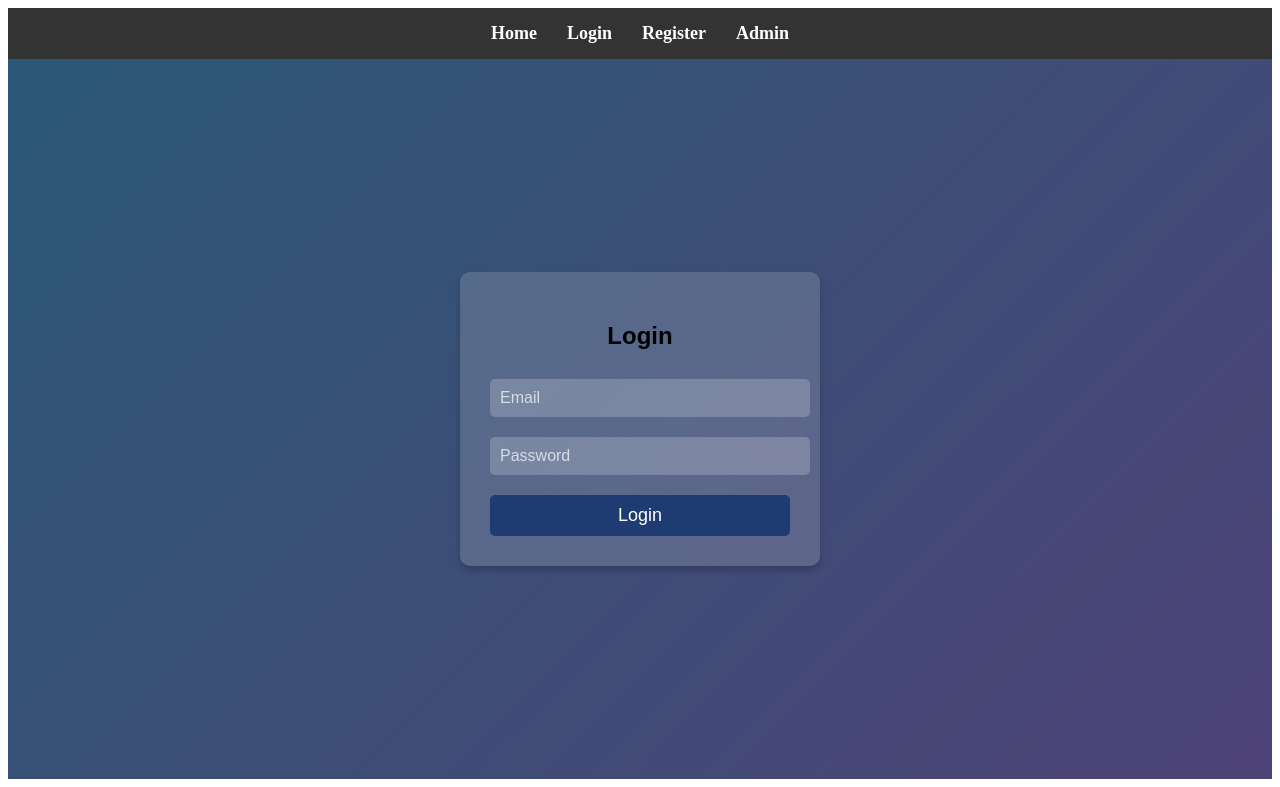
Repository: AhmedIbu/angular-login-app
Page: /login (app in angular-login-app/)
An editor plug-in stored every save of this project. The page is shown before and after the next save, followed by the edit.
The browser window is 1280 px wide. The pictures show the whole page.
The project was rebuilt for these pictures with package versions that can differ from the ones it lists, and the page was loaded fresh each time. Also part of the build but not shown: angular-login-app/angular.json, angular-login-app/src/app/home/home.component.ts, angular-login-app/src/app/register/register.component.ts, angular-login-app/src/app/services/user.service.ts, angular-login-app/src/app/admin-dashboard/admin-dashboard.component.ts, angular-login-app/src/app/admin-login/admin-login.component.ts, angular-login-app/src/app/user-dashboard/user-dashboard.component.ts.

Above is the page before, as saved 2025-02-21 11:30:26.

After the next save:
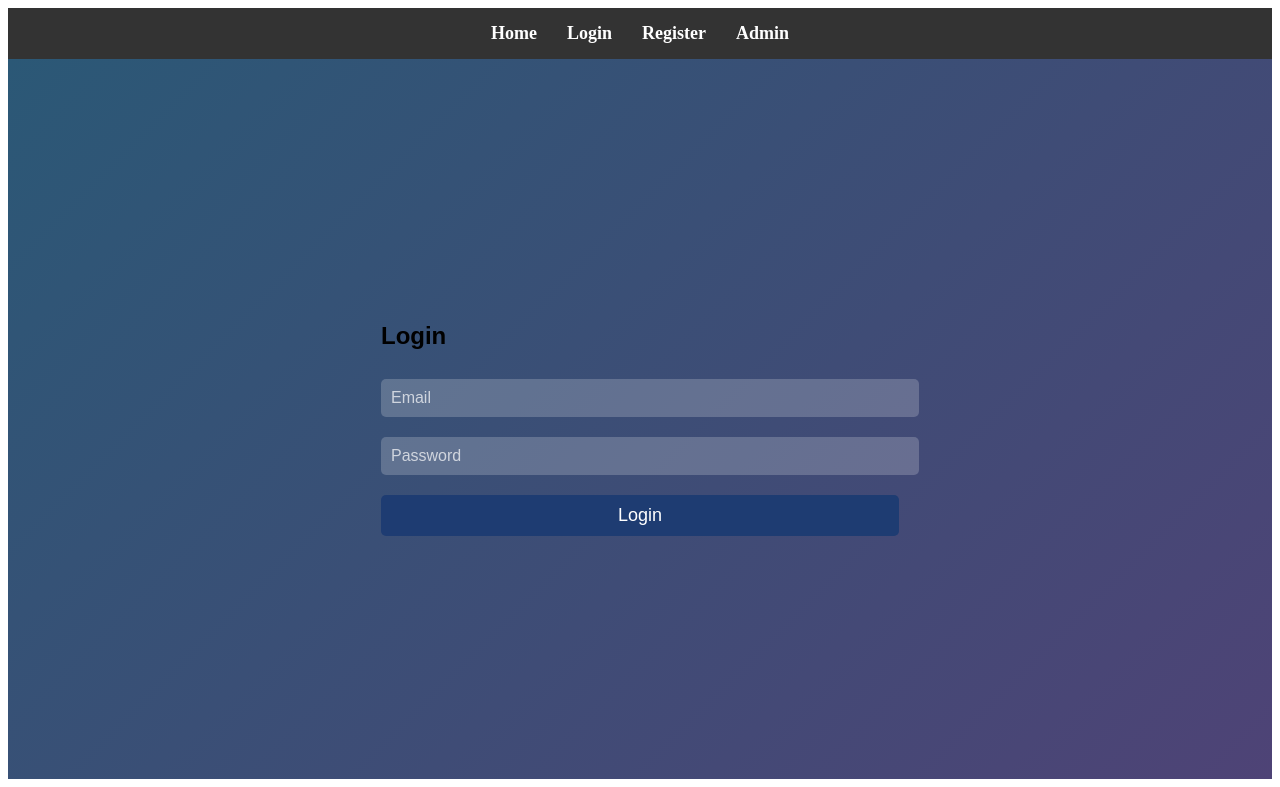
Saved 82 s later.
--- a/angular-login-app/src/app/login/login.component.css
+++ b/angular-login-app/src/app/login/login.component.css
@@ -7,7 +7,7 @@
   background: linear-gradient(135deg, #2b5876, #4e4376); /* Same gradient as register */
   font-family: "Poppins", sans-serif;
 }
-
+h2
 /* Login form styling */
 .login-box {
   background: rgba(255, 255, 255, 0.15);

After the 3 saves that followed:
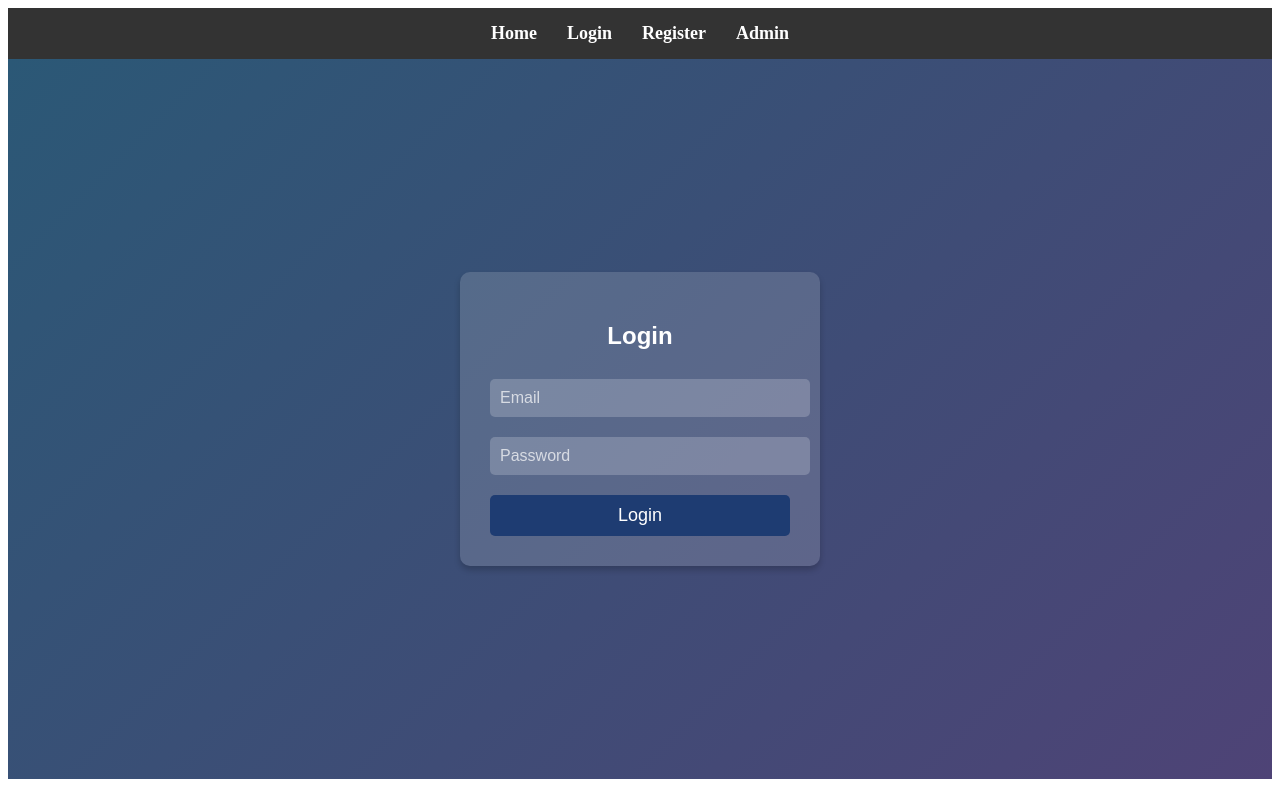
The 3 saves are shown as one change because they came seconds apart.
The last was saved 7 s later.
--- a/angular-login-app/src/app/login/login.component.css
+++ b/angular-login-app/src/app/login/login.component.css
@@ -7,7 +7,9 @@
   background: linear-gradient(135deg, #2b5876, #4e4376); /* Same gradient as register */
   font-family: "Poppins", sans-serif;
 }
-h2
+h2{
+  color: white;
+}
 /* Login form styling */
 .login-box {
   background: rgba(255, 255, 255, 0.15);
